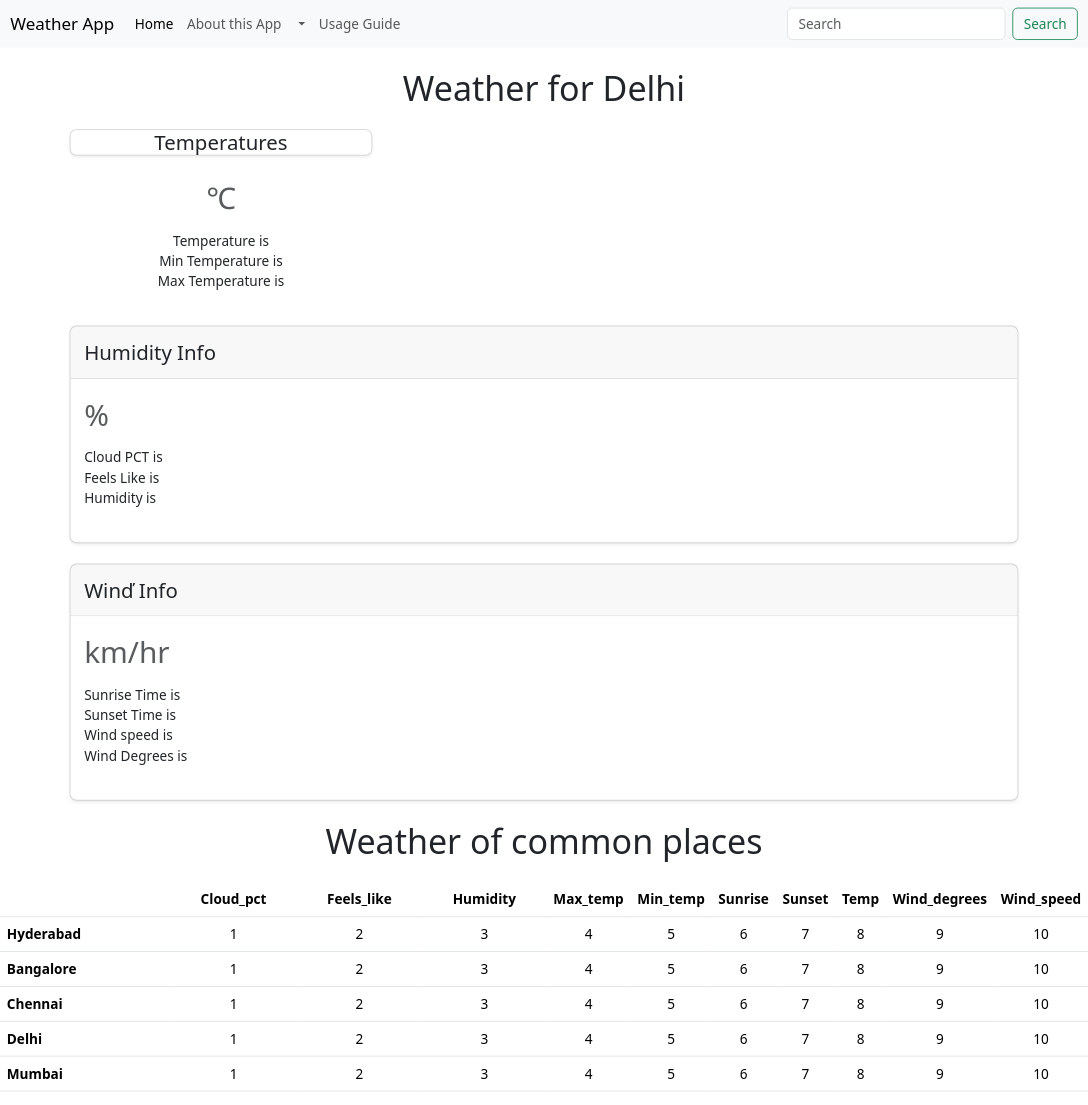
Repository: Abhilash2909/weather
Page: index.html
An editor plug-in stored every save of this project. The page is shown before and after a run of saves, followed by the edit.
The browser window is 1280 px wide. The pictures show the whole page, at 85% of full size.
The page's requests for data from a server got no answer.

Above is the page before, as saved 2024-02-11 16:52:35.

### index.html
<!doctype html>
<html lang="en">
  <head>
    <meta charset="utf-8">
    <meta name="viewport" content="width=device-width, initial-scale=1">
    <title>My Weather App</title>
    <link href="https://cdn.jsdelivr.net/npm/bootstrap@5.3.2/dist/css/bootstrap.min.css" rel="stylesheet" integrity="sha384-T3c6CoIi6uLrA9TneNEoa7RxnatzjcDSCmG1MXxSR1GAsXEV/Dwwykc2MPK8M2HN" crossorigin="anonymous">
  </head>
  <body>
    <nav class="navbar navbar-expand-lg bg-body-tertiary">
        <div class="container-fluid">
          <a class="navbar-brand" href="#">Weather App</a>
          <button class="navbar-toggler" type="button" data-bs-toggle="collapse" data-bs-target="#navbarSupportedContent" aria-controls="navbarSupportedContent" aria-expanded="false" aria-label="Toggle navigation">
            <span class="navbar-toggler-icon"></span>
          </button>
          <div class="collapse navbar-collapse" id="navbarSupportedContent">
            <ul class="navbar-nav me-auto mb-2 mb-lg-0">
              <li class="nav-item">
                <a class="nav-link active" aria-current="page" href="#">Home</a>
              </li>
              <li class="nav-item">
                <a class="nav-link" href="#">About this App</a>
              </li>
              <li class="nav-item dropdown">
                <a class="nav-link dropdown-toggle" href="#" role="button" data-bs-toggle="dropdown" aria-expanded="false">
                </a>
                <ul class="dropdown-menu">
                  <li><a class="dropdown-item" href="#">Delhi</a></li>
                  <li><a class="dropdown-item" href="#">Seattle</a></li>
                  <li><a class="dropdown-item" href="#">Bangalore</a></li>
                </ul>
              </li>
              <li class="nav-item">
                <a class="nav-link" aria-disabled="true">Usage Guide</a>
              </li>
            </ul>
            <form class="d-flex" role="search">
              <input id="city" class="form-control me-2" type="search" placeholder="Search" aria-label="Search">
              <button class="btn btn-outline-success" type="submit" id="submit">Search</button>
            </form>
          </div>
        </div>
      </nav>

      <div class="container">
        <main>
          <h1 class= "my-4 text-center">Weather for <span id="cityName"></span></h1>
          <div class="row row-cols-1 row-cols-md-3 mb-3 text-center">
          <div class="col">
            <div class="card mb-4 rounded-3 shadow-sm"
              <div class="card-header py-3">
                <h4 class="my-0 fw-normal">Temperatures</h4>
              </div>
              <div class="card-body">
                <h1 class="card-title pricing-card-title"><span id="temp2"></span><small class="text-body-secondary fw-light"></span><span>&#8451;</span></small></h1>
                <ul class="list-unstyled mt-3 mb-4">
                  <li>Temperature is <span id="temp" ></span></li>
                  <li>Min Temperature is <span id="min_temp" ></span></li>
                  <li>Max Temperature is <span id="max_temp" ></span></li>
                </ul>
                <!-- <button type="button" class="w-100 btn btn-lg btn-outline-primary">Sign up for free</button> -->
              </div>
            </div>
          </div>
          <div class="col">
            <div class="card mb-4 rounded-3 shadow-sm class="w-100 btn btn-lg btn-primary"">
              <div class="card-header py-3">
                <h4 class="my-0 fw-normal">Humidity Info</h4>
              </div>
              <div class="card-body">
                <h1 class="card-title pricing-card-title"><span id="humidity2" ></span><small class="text-body-secondary fw-light">%</small></h1>
                <ul class="list-unstyled mt-3 mb-4">
                  <li>Cloud PCT is <span id="cloud_pct" ></span></li>
                  <li>Feels Like is <span id="feels_like" ></span></li>
                  <li>Humidity is <span id="humidity" ></span></li>
                </ul>
                <!-- <button type="button" class="w-100 btn btn-lg btn-primary">Get started</button> -->
              </div>
            </div>
          </div>

          <div class="col">
            <div class="card mb-4 rounded-3 shadow-sm">
              <div class="card-header py-3">
                <h4 class="my-0 fw-normal">Winď Info</h4>
              </div>
              <div class="card-body">
                <h1 class="card-title pricing-card-title"><span id="wind_speed2" ></span><small class="text-body-secondary fw-light">km/hr</small></h1>
                <ul class="list-unstyled mt-3 mb-4">
                  <li>Sunrise Time is <span id="sunrise" ></span></li>
                  <li>Sunset Time is <span id="sunset" ></span></li>
                  <li>Wind speed is <span id="wind_speed" ></span></li>
                  <li>Wind Degrees is <span id="wind_degrees" ></span></li>
                </ul>
                <!-- <button type="button" class="w-100 btn btn-lg btn-primary">Contact us</button> -->
              </div>
            </div>
          </div>
        </div>

        <h2 class="display-6 text-center mb-4">Weather of common places</h2>

        <div class="table-responsive">
          <table class="table text-center">
            <thead>
              <tr>
                <th style="width: 34%;">   </th>
                <th style="width: 22%;"> Cloud_pct </th>
                <th style="width: 22%;"> Feels_like </th>
                <th style="width: 22%;"> Humidity </th>
                <th style="width: 22%;"> Max_temp </th>
                <th style="width: 22%;"> Min_temp </th>
                <th style="width: 22%;"> Sunrise </th>
                <th style="width: 22%;"> Sunset </th>
                <th style="width: 22%;"> Temp </th>
                <th style="width: 22%;"> Wind_degrees </th>
                <th style="width: 22%;"> Wind_speed </th>
              </tr>
            </thead>
            <tbody>
              <tr>
                <th scope="row" class="text-start">Hyderabad</th>
                <td>1</td>
                <td>2</td>
                <td>3</td>
                <td>4</td>
                <td>5</td>
                <td>6</td>
                <td>7</td>
                <td>8</td>
                <td>9</td>
                <td>10</td>
              </tr>
              <tr>
                <th scope="row" class="text-start">Bangalore</th>
                <td>1</td>
                <td>2</td>
                <td>3</td>
                <td>4</td>
                <td>5</td>
                <td>6</td>
                <td>7</td>
                <td>8</td>
                <td>9</td>
                <td>10</td>
              </tr>
            </tbody>

            <tbody>
              <tr>
                <th scope="row" class="text-start">Chennai</th>
                <td>1</td>
                <td>2</td>
                <td>3</td>
                <td>4</td>
                <td>5</td>
                <td>6</td>
                <td>7</td>
                <td>8</td>
                <td>9</td>
                <td>10</td>
              </tr>
              <tr>
                <th scope="row" class="text-start">Delhi</th>
                <td>1</td>
                <td>2</td>
                <td>3</td>
                <td>4</td>
                <td>5</td>
                <td>6</td>
                <td>7</td>
                <td>8</td>
                <td>9</td>
                <td>10</td>
              </tr>
              <tr>
                <th scope="row" class="text-start">Mumbai</th>
                <td>1</td>
                <td>2</td>
                <td>3</td>
                <td>4</td>
                <td>5</td>
                <td>6</td>
                <td>7</td>
                <td>8</td>
                <td>9</td>
                <td>10</td>
              </tr>
            </tbody>
          </table>
        </div>
      </main></div>
    <script src="https://cdn.jsdelivr.net/npm/bootstrap@5.3.2/dist/js/bootstrap.bundle.min.js" integrity="sha384-C6RzsynM9kWDrMNeT87bh95OGNyZPhcTNXj1NW7RuBCsyN/o0jlpcV8Qyq46cDfL" crossorigin="anonymous"></script>
    <script src="script.js"></script>
</body>
</html>

### script.js

// const url = 'https://weather-by-api-ninjas.p.rapidapi.com/v1/weather?city=Seattle';
// const options = {
//     method: 'GET',
//     headers: {
//         'X-RapidAPI-Key': '9f5fc666cemsh950495f18781500p1999a7jsna0d8657b4aba',
//         'X-RapidAPI-Host': 'weather-by-api-ninjas.p.rapidapi.com'
//     }
// };

// async function fetchData() {
//     try {
//         const response = await fetch(url, options);
//         const result = await response.text();
//         console.log(result);
//     } catch (error) {
//         console.error(error);
//     }
// }

// fetchData();


// const url = 'https://weather-by-api-ninjas.p.rapidapi.com/v1/weather?city=Seattle';
// const options = {
// 	method: 'GET',
// 	headers: {
// 		'X-RapidAPI-Key': '9f5fc666cemsh950495f18781500p1999a7jsna0d8657b4aba',
// 		'X-RapidAPI-Host': 'weather-by-api-ninjas.p.rapidapi.com'
// 	}
// };

// try {
// 	const response = await fetch(url, options);
// 	const result = await response.text();
// 	console.log(result);
// } catch (error) {
// 	console.error(error);
// }



const options = {
    method: 'GET',
    headers: {
      'X-RapidAPI-Key': 'b45e96323fmshf5e4bc50d3b8a90p1e091djsnfb21cde4eb87',
      'X-RapidAPI-Host': 'weather-by-api-ninjas.p.rapidapi.com'
    }
  };
const getWeather = (city) => {
  cityName.innerHTML = city
  fetch('https://weather-by-api-ninjas.p.rapidapi.com/v1/weather?city=' + city, options)
    .then(response => response.json())
    .then((response) => {
      console.log(response)
      cloud_pct.innerHTML = response.cloud_pct
      temp.innerHTML = response.temp
      temp2.innerHTML = response.temp
      feels_like.innerHTML = response.feels_like
      humidity.innerHTML = response.humidity
      humidity2.innerHTML = response.humidity
      min_temp.innerHTML = response.min_temp
      max_temp.innerHTML = response.max_temp
      wind_speed.innerHTML = response.wind_speed
      wind_speed2.innerHTML = response.wind_speed
      wind_degrees.innerHTML = response.wind_degrees
      sunrise.innerHTML = response.sunrise
      sunset.innerHTML = response.sunset
    })
    .catch(error => console.error(error));
}

submit.addEventListener("click", (e)=>{
  e.preventDefault()
  getWeather(city.value)
})

getWeather("Delhi")

After the next 5 saves:
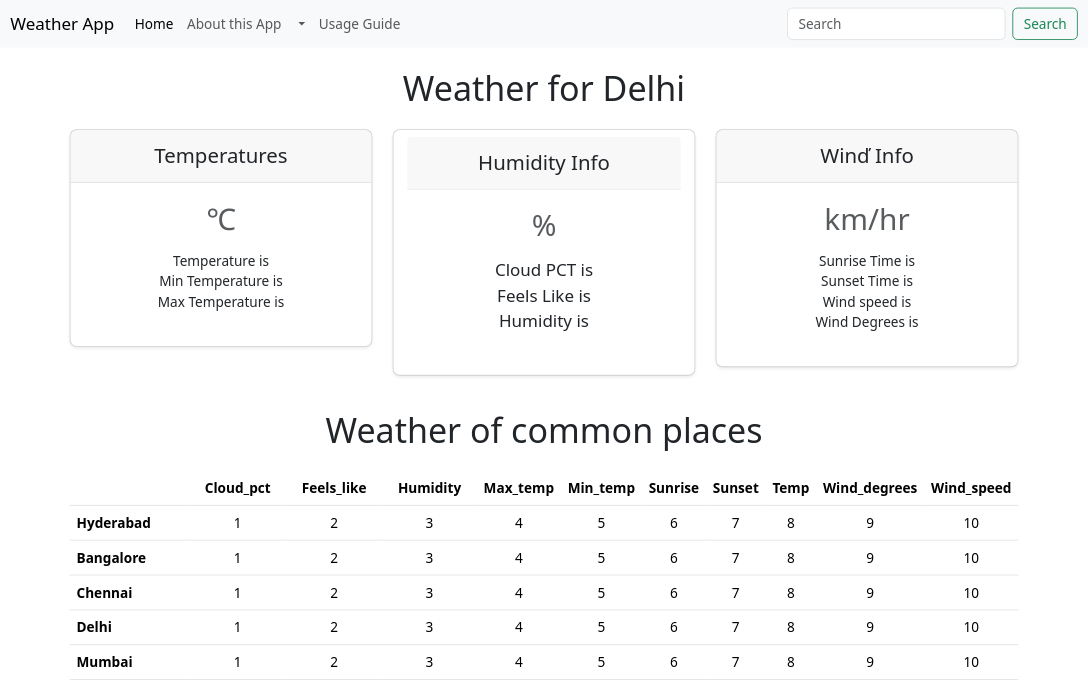
The 5 saves are shown as one change because they came seconds apart.
The last was saved 28 s later.
--- a/index.html
+++ b/index.html
@@ -47,7 +47,7 @@
           <h1 class= "my-4 text-center">Weather for <span id="cityName"></span></h1>
           <div class="row row-cols-1 row-cols-md-3 mb-3 text-center">
           <div class="col">
-            <div class="card mb-4 rounded-3 shadow-sm"
+            <div class="card mb-4 rounded-3 shadow-sm" >
               <div class="card-header py-3">
                 <h4 class="my-0 fw-normal">Temperatures</h4>
               </div>
@@ -63,7 +63,7 @@
             </div>
           </div>
           <div class="col">
-            <div class="card mb-4 rounded-3 shadow-sm class="w-100 btn btn-lg btn-primary"">
+            <div class="card mb-4 rounded-3 shadow-sm w-100 btn btn-lg btn-primary">
               <div class="card-header py-3">
                 <h4 class="my-0 fw-normal">Humidity Info</h4>
               </div>

After the 2 saves that followed:
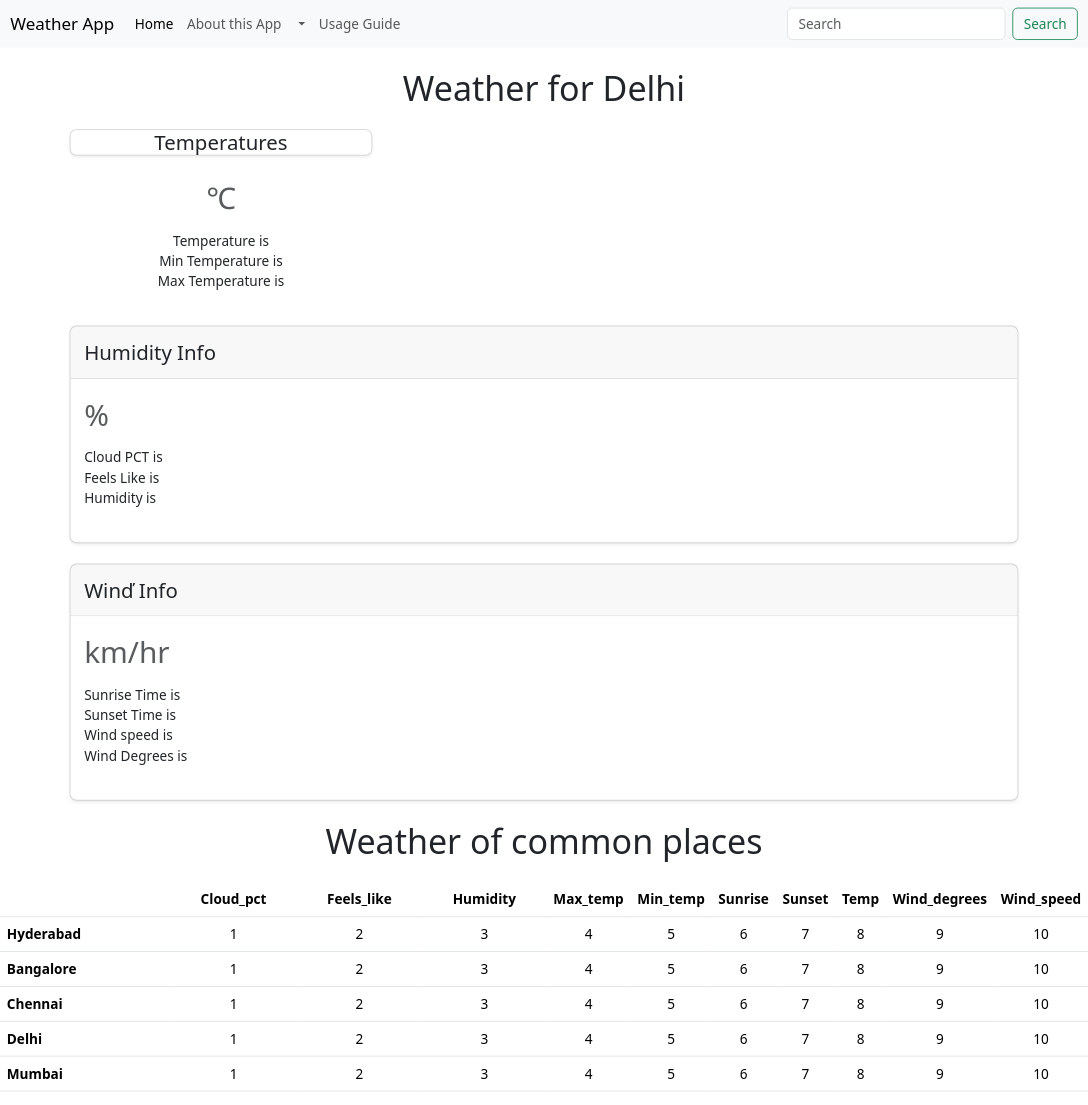
The 2 saves are shown as one change because they came seconds apart.
The last was saved 8 s later.
--- a/index.html
+++ b/index.html
@@ -47,7 +47,7 @@
           <h1 class= "my-4 text-center">Weather for <span id="cityName"></span></h1>
           <div class="row row-cols-1 row-cols-md-3 mb-3 text-center">
           <div class="col">
-            <div class="card mb-4 rounded-3 shadow-sm" >
+            <div class="card mb-4 rounded-3 shadow-sm"
               <div class="card-header py-3">
                 <h4 class="my-0 fw-normal">Temperatures</h4>
               </div>
@@ -63,7 +63,7 @@
             </div>
           </div>
           <div class="col">
-            <div class="card mb-4 rounded-3 shadow-sm w-100 btn btn-lg btn-primary">
+            <div class="card mb-4 rounded-3 shadow-sm class="w-100 btn btn-lg btn-primary"">
               <div class="card-header py-3">
                 <h4 class="my-0 fw-normal">Humidity Info</h4>
               </div>
